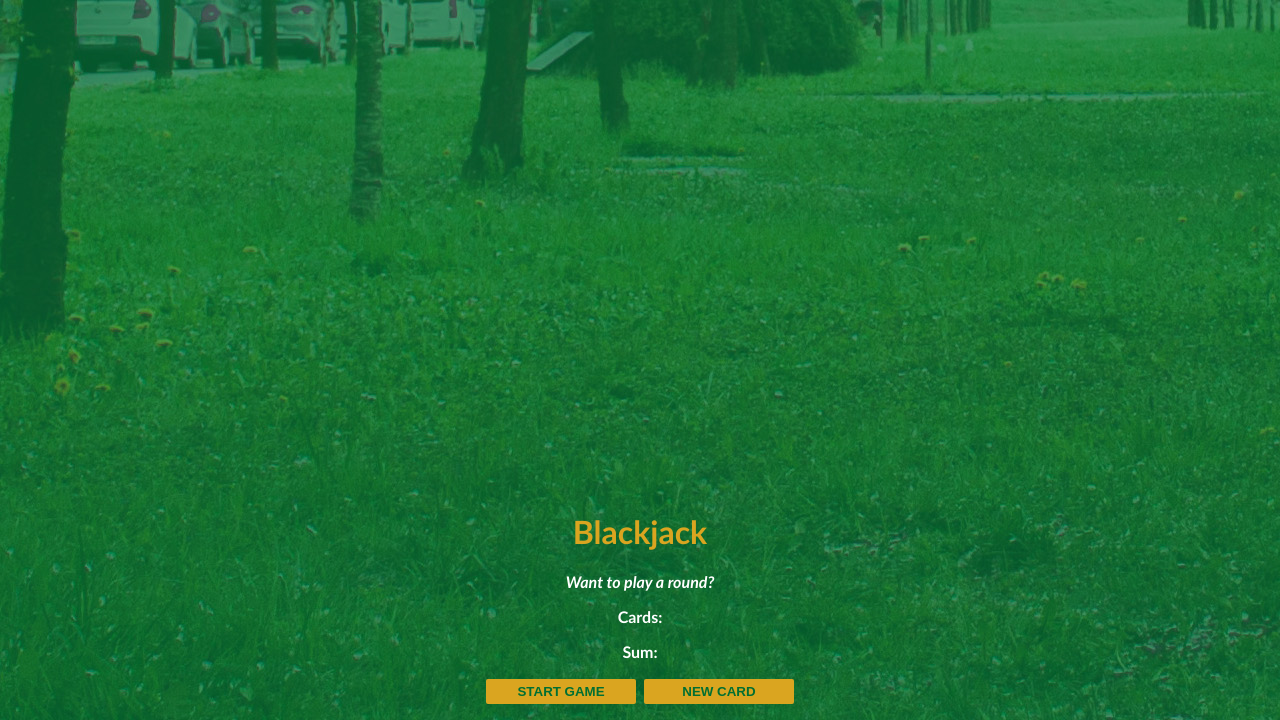
Repository: Samkiroko/black_jack
Page: index.html
The author's editor kept a copy of each file at every save. The page is drawn from the files as they stood at one save, then again after the next save.
The browser window is 1280 px wide. The pictures show the whole page.

Above is the page before, as saved 2022-04-30 12:42:33.

### index.html
<!DOCTYPE html>
<html lang="en">

<head>
    <meta charset="UTF-8">
    <meta http-equiv="X-UA-Compatible" content="IE=edge">
    <meta name="viewport" content="width=device-width, initial-scale=1.0">
    <link rel="stylesheet" href="index.css">
    <title>Document</title>
</head>

<body>
    <h1>Blackjack</h1>
    <p id="message-el">Want to play a round?</p>
    <p id="cards-el">Cards:</p>
    <p id="sum-el">Sum:</p>
    <button onclick="startGame()">START GAME</button>
    <button onclick="newCard()">NEW CARD</button>
    <!-- 1. Create a NEW CARD button, make it run newCard() on click -->
    <script src="index.js"></script>

</body>

</html>

### index.css
body {
    font-family: 'Trebuchet MS', 'Lucida Sans Unicode', 'Lucida Grande', Arial, sans-serif;
    background-image: url('img/green.jpg');
    background-size: auto;
    background-repeat: no-repeat;
    font-weight: bold;
    color: white;
    text-align: center;
    display: block;
    margin-left: auto;
    margin-right: auto;
    margin-top: 40%;
}

h1 {
    color: goldenrod;
}

#message-el {
    font-style: italic;
}


/* 3. Make sure that the two buttons have some space between
each other when they are rendered out vertically */

button {
    color: #016f32;
    width: 150px;
    background: goldenrod;
    padding-top: 5px;
    padding-bottom: 5px;
    font-weight: bold;
    border: none;
    border-radius: 2px;
    margin: 2px;
}

### index.js
let firstCard = 10
let secondCard = 4
let sum = firstCard + secondCard
let hasBlackJack = false
let isAlive = true
let message = ''
let messageEl = document.getElementById('message-el')
let sumEl = document.getElementById('sum-el')
let cardsEl = document.getElementById('cards-el')

function startGame() {
  renderGame()
}

function renderGame() {
  cardsEl.textContent = 'Cards: ' + firstCard + ' ' + secondCard
  sumEl.textContent = 'Sum: ' + sum
  if (sum <= 20) {
    message = 'Do you want to draw a new card?'
  } else if (sum === 21) {
    message = "You've got Blackjack!"
    hasBlackJack = true
  } else {
    message = "You're out of the game!"
    isAlive = false
  }
  messageEl.textContent = message
}

// 2. Create a function newCard() that logs out "Drawing a new card from the deck!"

function newCard() {
  console.log('Drawing a new card from the deck')
  let newCard = 7
  sum += newCard
  renderGame()
}

After the next save:
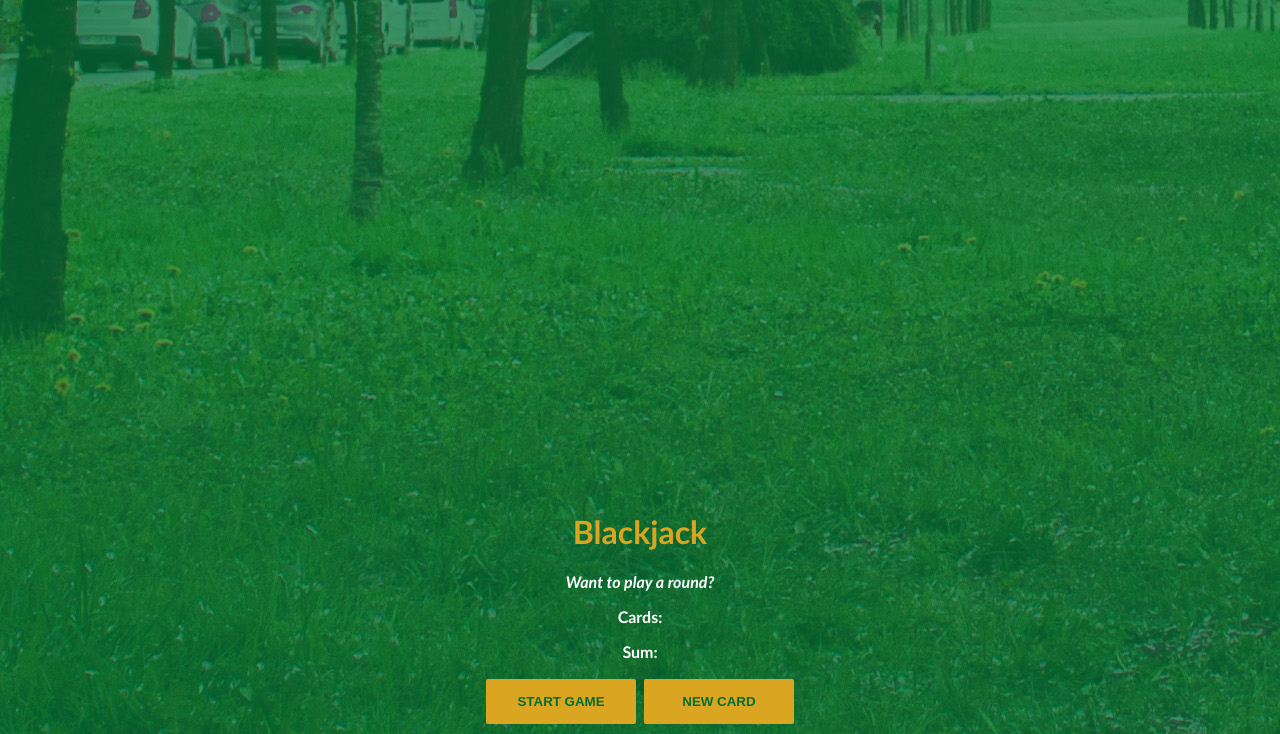
Saved 37 s later.
--- a/index.css
+++ b/index.css
@@ -27,6 +27,7 @@ each other when they are rendered out vertically */
 button {
     color: #016f32;
     width: 150px;
+    height: 45px;
     background: goldenrod;
     padding-top: 5px;
     padding-bottom: 5px;
